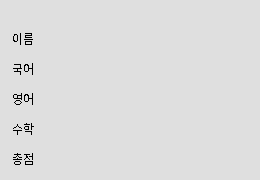
Repository: Wanghyemin/JAVA
Program's window: java demo/src/com/day17/Test5.java
These files come from the project's save history. The program's window is drawn as it stood at one moment and after the next save; the edit follows.
It runs on Java 21 on a 1366 x 768 screen with the Metal look.

Above is the program's window before, as saved 2022-01-13 05:14:36.

After the next save:
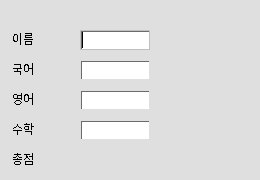
Saved 5 min 12 s later.
--- a/demo/src/com/day17/Test5.java
+++ b/demo/src/com/day17/Test5.java
@@ -33,6 +33,17 @@
 
 			add(lbl);
 
+			if(i!=4) {
+
+				tf[i] = new TextField(); // 클래스를 배열에 넣음
+				tf[i].setBounds(80, (i+1)*30, 70, 20);
+				//
+				add(tf[i]);
+
+
+			}
+
+
 
 
 		}
